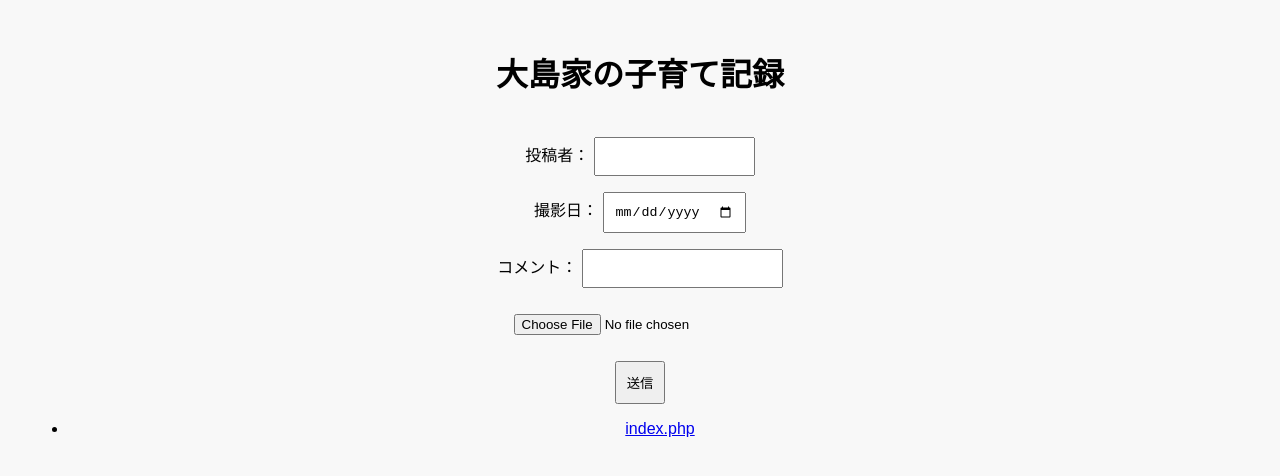
Repository: daidai0602/gs_kadai_questionnaire
Page: http://localhost/post.php
An editor plug-in stored every save of this project. The page is shown before and after the next save, followed by the edit.
The browser window is 1280 px wide. The pictures show the whole page.
The page is run by PHP 8.4 with error messages shown; the project is at /var/www/html/.

Above is the page before, as saved 2023-11-15 22:40:25.

### post.php
<!DOCTYPE html>
<html lang="ja">
<head>
  <meta charset="UTF-8">
  <title>Document</title>
  <style>
    body {
      font-family: Arial, Helvetica, sans-serif;
      background-color: #f8f8f8;;
      padding: 20px;
      text-align: center;
    }
    h1 {
      padding-bottom: 20px;
    }
    input{

      padding: 10px;
    }

  </style>
</head>
<body>
  <h1>大島家の子育て記録</h1>
  <form action="write.php" method="post" enctype="multipart/form-data">
    <p>投稿者： <input type="text" name="name" size="15"></p>
    <p>撮影日： <input type="date" name="date"></p>
    <p>コメント： <input type="text" name="comment" size="20" ></p>
    <p><input type="file" name="upload_image"accept=".jpg,.jpeg,.png" required></p>
    <p><input type="submit" class="btn_submit" value="送信"></p>
  </form>
  <ul>
    <li><a href="index.php">index.php</a></li>
  </ul>
</body>
</html>

After the next save:
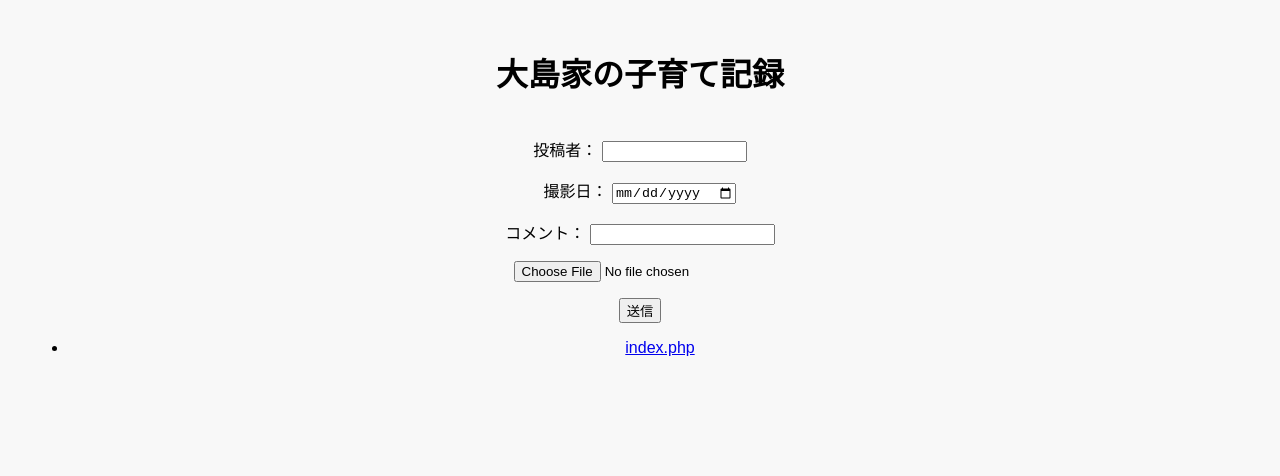
Saved 24 s later.
--- a/post.php
+++ b/post.php
@@ -13,10 +13,10 @@
     h1 {
       padding-bottom: 20px;
     }
-    input{
+    /* input{
 
       padding: 10px;
-    }
+    } */
 
   </style>
 </head>

After the save that followed:
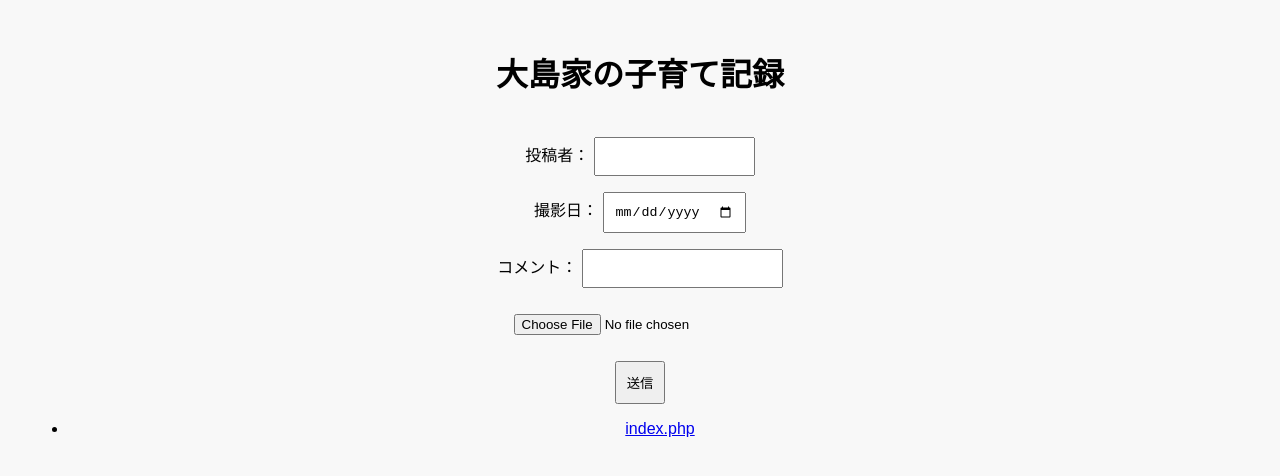
Saved 35 s later.
--- a/post.php
+++ b/post.php
@@ -13,10 +13,10 @@
     h1 {
       padding-bottom: 20px;
     }
-    /* input{
+    input{
 
       padding: 10px;
-    } */
+    }
 
   </style>
 </head>
